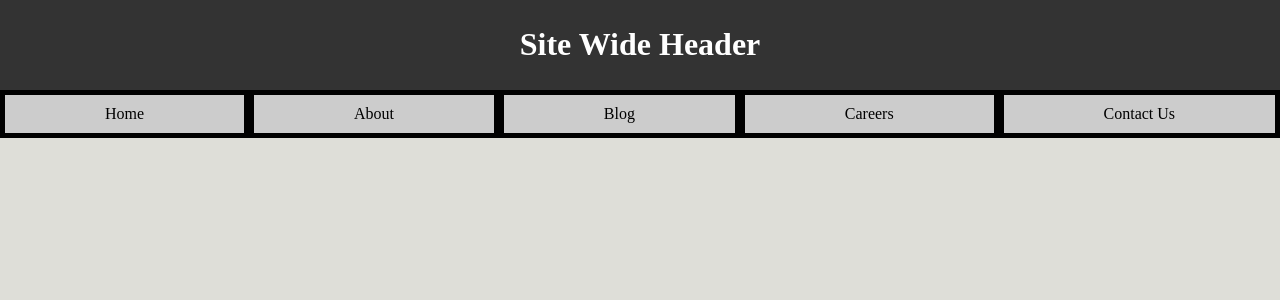
Repository: ayeza-baseer/AssignmentFlexbox
Page: assignment.html
These files come from the project's save history. The page is drawn as it stood at one moment and after the next save; the edit follows.
The browser window is 1280 px wide. The pictures show the whole page.

Above is the page before, as saved 2023-03-17 13:58:33.

After the next save:
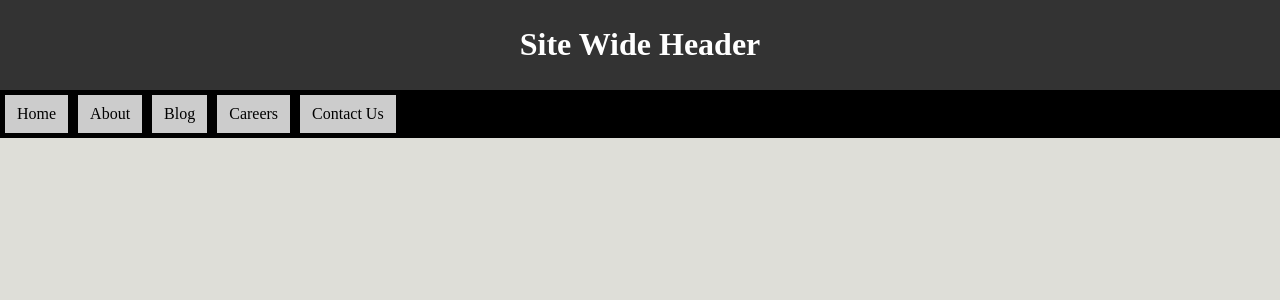
Saved 2 min 2 s later.
--- a/assignment.css
+++ b/assignment.css
@@ -26,6 +26,7 @@
     text-decoration: none;
     text-align: center;
     flex-grow:1
+    border:2 px solid black
   }
 
   .navbar a:hover {

After the save that followed:
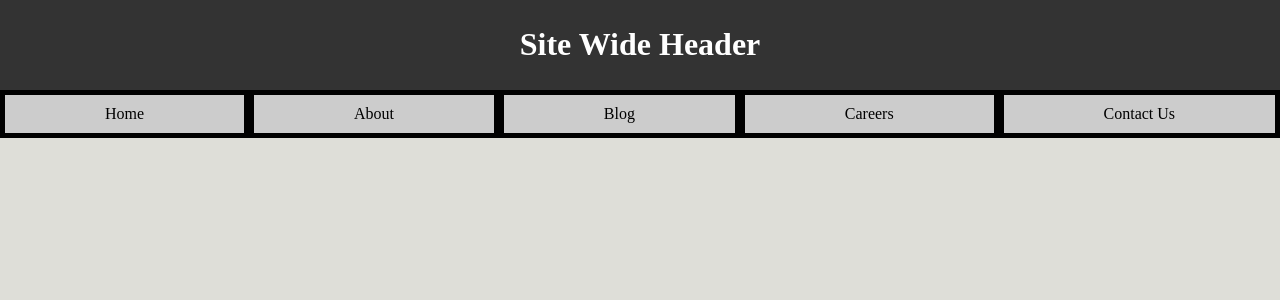
Saved 5 s later.
--- a/assignment.css
+++ b/assignment.css
@@ -25,8 +25,8 @@
     padding: 10px 12px;
     text-decoration: none;
     text-align: center;
-    flex-grow:1
-    border:2 px solid black
+    flex-grow:1;
+    border:2 px solid black;
   }
 
   .navbar a:hover {
